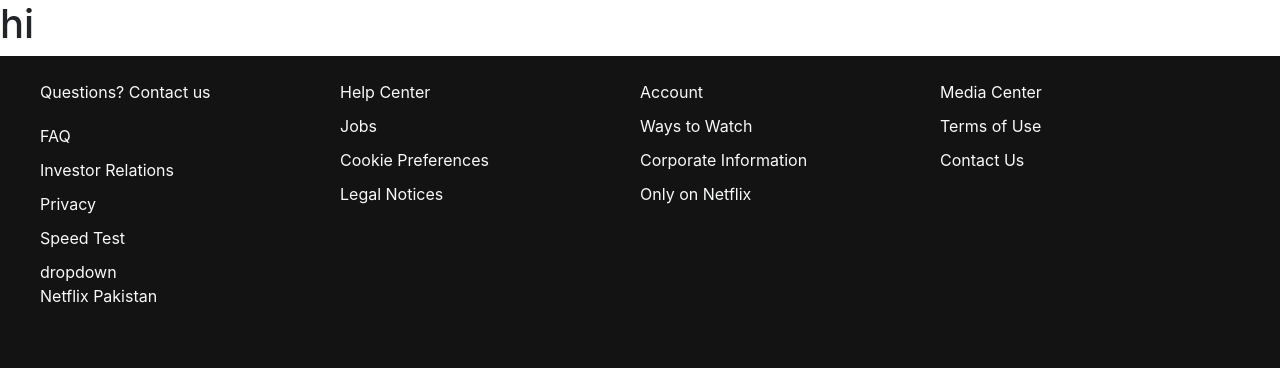
Repository: WajihaGul/Netflix-Clone
Page: /
These files come from the project's save history. The page is drawn as it stood at one moment and after the next save; the edit follows.
The browser window is 1280 px wide. The pictures show the part of the page from y = 621 to 1197 px (the page is 989 px tall before and 1197 px after).
The project was rebuilt for these pictures with package versions that can differ from the ones it lists, and the page was loaded fresh each time. Also part of the build but not shown: src/App.css.

Above is the page before, as saved 2024-05-24 14:57:21.

After the next save:
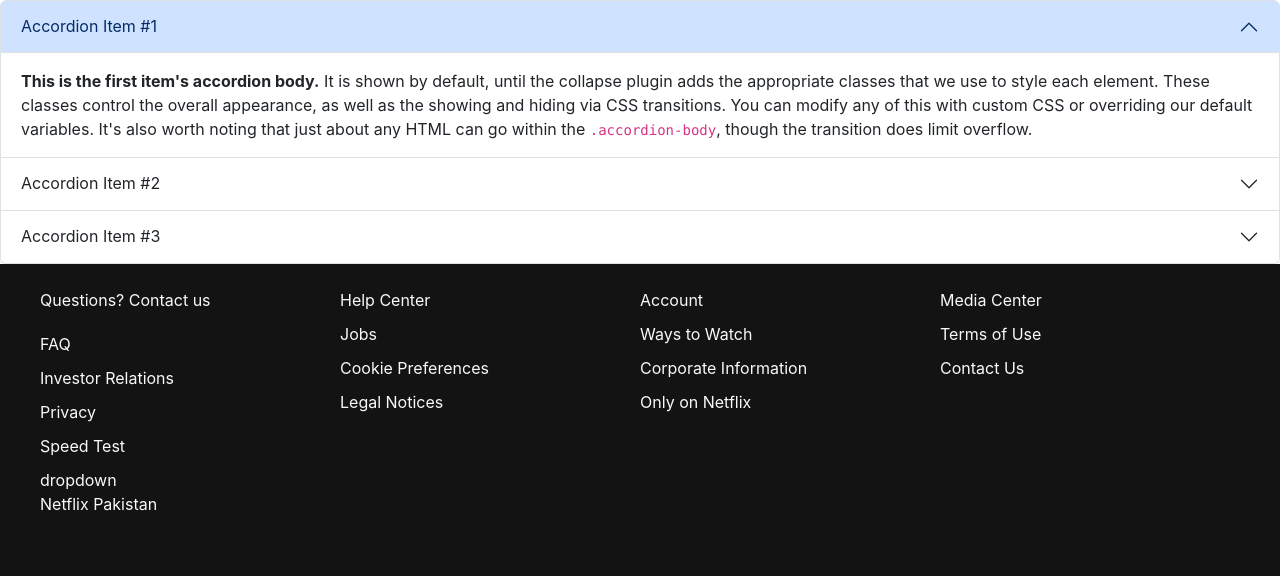
Saved 44 s later.
--- a/src/Components/FAQs/FAQs.jsx
+++ b/src/Components/FAQs/FAQs.jsx
@@ -1,4 +1,99 @@
 const FAQs = () => {
-  return <h1>hi</h1>;
+  return (
+    <>
+      <div class="accordion" id="accordionExample">
+        <div class="accordion-item">
+          <h2 class="accordion-header">
+            <button
+              class="accordion-button"
+              type="button"
+              data-bs-toggle="collapse"
+              data-bs-target="#collapseOne"
+              aria-expanded="true"
+              aria-controls="collapseOne"
+            >
+              Accordion Item #1
+            </button>
+          </h2>
+          <div
+            id="collapseOne"
+            class="accordion-collapse collapse show"
+            data-bs-parent="#accordionExample"
+          >
+            <div class="accordion-body">
+              <strong>This is the first item's accordion body.</strong> It is
+              shown by default, until the collapse plugin adds the appropriate
+              classes that we use to style each element. These classes control
+              the overall appearance, as well as the showing and hiding via CSS
+              transitions. You can modify any of this with custom CSS or
+              overriding our default variables. It's also worth noting that just
+              about any HTML can go within the <code>.accordion-body</code>,
+              though the transition does limit overflow.
+            </div>
+          </div>
+        </div>
+        <div class="accordion-item">
+          <h2 class="accordion-header">
+            <button
+              class="accordion-button collapsed"
+              type="button"
+              data-bs-toggle="collapse"
+              data-bs-target="#collapseTwo"
+              aria-expanded="false"
+              aria-controls="collapseTwo"
+            >
+              Accordion Item #2
+            </button>
+          </h2>
+          <div
+            id="collapseTwo"
+            class="accordion-collapse collapse"
+            data-bs-parent="#accordionExample"
+          >
+            <div class="accordion-body">
+              <strong>This is the second item's accordion body.</strong> It is
+              hidden by default, until the collapse plugin adds the appropriate
+              classes that we use to style each element. These classes control
+              the overall appearance, as well as the showing and hiding via CSS
+              transitions. You can modify any of this with custom CSS or
+              overriding our default variables. It's also worth noting that just
+              about any HTML can go within the <code>.accordion-body</code>,
+              though the transition does limit overflow.
+            </div>
+          </div>
+        </div>
+        <div class="accordion-item">
+          <h2 class="accordion-header">
+            <button
+              class="accordion-button collapsed"
+              type="button"
+              data-bs-toggle="collapse"
+              data-bs-target="#collapseThree"
+              aria-expanded="false"
+              aria-controls="collapseThree"
+            >
+              Accordion Item #3
+            </button>
+          </h2>
+          <div
+            id="collapseThree"
+            class="accordion-collapse collapse"
+            data-bs-parent="#accordionExample"
+          >
+            <div class="accordion-body">
+              <strong>This is the third item's accordion body.</strong> It is
+              hidden by default, until the collapse plugin adds the appropriate
+              classes that we use to style each element. These classes control
+              the overall appearance, as well as the showing and hiding via CSS
+              transitions. You can modify any of this with custom CSS or
+              overriding our default variables. It's also worth noting that just
+              about any HTML can go within the <code>.accordion-body</code>,
+              though the transition does limit overflow.
+            </div>
+          </div>
+        </div>
+      </div>
+    </>
+  );
 };
 export default FAQs;
